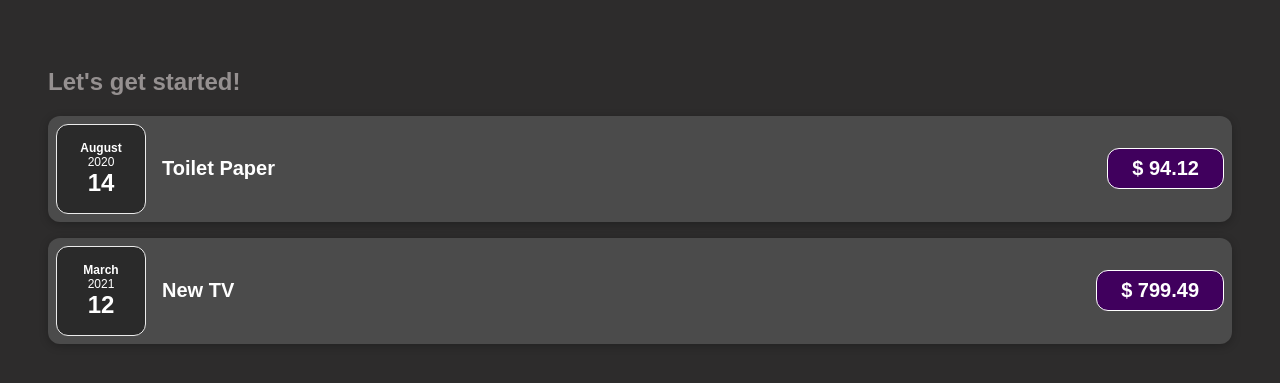
Repository: andresmazza/react-lesson
Page: /
The author's editor kept a copy of each file at every save. The page is drawn from the files as they stood at one save, then again after the next save.
The browser window is 1280 px wide. The pictures show the whole page.
The project was rebuilt for these pictures with package versions that can differ from the ones it lists, and the page was loaded fresh each time. Also part of the build but not shown: src/App.css.

Above is the page before, as saved 2023-04-08 00:31:47.

### src/index.css
body {
  font-family: sans-serif;
  margin: 0;
  padding: 3rem;
  background-color: #2d2c2c;
  color: #959090;
}
code {
  font-family: source-code-pro, Menlo, Monaco, Consolas, 'Courier New',
    monospace;
}

### src/App.js
import logo from './logo.svg';
import './App.css';
import ExpenseItem from './components/ExpenseItem';
function App() {
  const expenses = [
    {
      id: 'e1',
      title: 'Toilet Paper',
      amount: 94.12,
      date: new Date(2020, 7, 14),
    },
    { id: 'e2', title: 'New TV', amount: 799.49, date: new Date(2021, 2, 12) },
    {
      id: 'e3',
      title: 'Car Insurance',
      amount: 294.67,
      date: new Date(2021, 2, 28),
    },
    {
      id: 'e4',
      title: 'New Desk (Wooden)',
      amount: 450,
      date: new Date(2021, 5, 12),
    },
  ];
  return (
    <div>
      <h2>Let's get started!</h2>
      <ExpenseItem
        title ={expenses[0].title}
        amount={expenses[0].amount}
        date  ={expenses[0].date}
        ></ExpenseItem>
        <ExpenseItem
        title ={expenses[1].title}
        amount={expenses[1].amount}
        date  ={expenses[1].date}
        ></ExpenseItem>
    </div>
  );
}

export default App;

### src/components/ExpenseItem.js

import './ExpenseItem.css';
import ExpenseDate from './ExpenseDate'

function ExpenseItem(props) {
    /*const month = props.date.toLocaleString('en-US',{month: 'long'});
    const day = props.date.toLocaleString('en-US',{ day: '2-digit'});
    const year = props.date.getFullYear();*/

    return (
      <div className='expense-item'>
        <ExpenseDate date ={props.date}/>
        <div className='expense-item__description'>
            <h2>{props.title}</h2>
            <div className='expense-item__price'>$ {props.amount}</div>
        </div>
      </div>
    );
  }

export default ExpenseItem;

### src/components/ExpenseItem.css
.expense-item {
  display: flex;
  justify-content: space-between;
  align-items: center;
  box-shadow: 0 2px 8px rgba(0, 0, 0, 0.25);
  padding: 0.5rem;
  margin: 1rem 0;
  border-radius: 12px;
  background-color: #4b4b4b;
}

.expense-item__description {
  display: flex;
  flex-direction: column;
  gap: 1rem;
  align-items: flex-end;
  flex-flow: column-reverse;
  justify-content: flex-start;
  flex: 1;
}

.expense-item h2 {
  color: #3a3a3a;
  font-size: 1rem;
  flex: 1;
  margin: 0 1rem;
  color: white;
}

.expense-item__price {
  font-size: 1rem;
  font-weight: bold;
  color: white;
  background-color: #40005d;
  border: 1px solid white;
  padding: 0.5rem;
  border-radius: 12px;
}

@media (min-width: 580px) {
  .expense-item__description {
    flex-direction: row;
    align-items: center;
    justify-content: flex-start;
    flex: 1;
  }

  .expense-item__description h2 {
    font-size: 1.25rem;
  }

  .expense-item__price {
    font-size: 1.25rem;
    padding: 0.5rem 1.5rem;
  }
}

### src/components/ExpenseDate.js
import './ExpenseDate.css';

function ExpenseDate(props) {
    const month = props.date.toLocaleString('en-US',{month: 'long'});
    const day = props.date.toLocaleString('en-US',{ day: '2-digit'});
    const year = props.date.getFullYear();
    return (
      <div className='expense-date'>
            <div className='expense-date__month'>{month}</div>
            <div className='expense-date__year'>{year}</div>
            <div className='expense-date__day'>{day}</div>
      </div>
    );
  }

export default ExpenseDate;

Loaded but not shown: public/index.html (common file); src/index.js (common file); src/reportWebVitals.js (common file); src/components/ExpenseDate.css (common file)

After the next save:
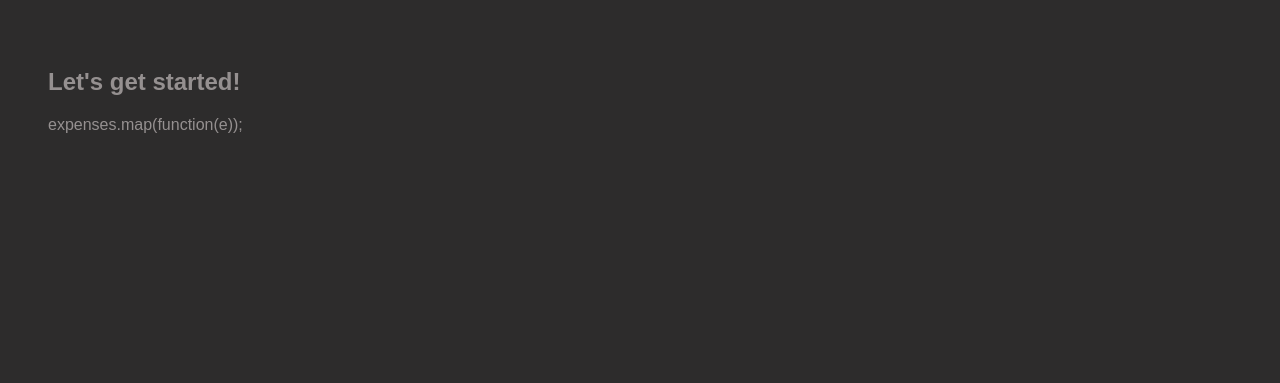
Saved 70 s later.
--- a/src/App.js
+++ b/src/App.js
@@ -26,16 +26,7 @@ function App() {
   return (
     <div>
       <h2>Let's get started!</h2>
-      <ExpenseItem
-        title ={expenses[0].title}
-        amount={expenses[0].amount}
-        date  ={expenses[0].date}
-        ></ExpenseItem>
-        <ExpenseItem
-        title ={expenses[1].title}
-        amount={expenses[1].amount}
-        date  ={expenses[1].date}
-        ></ExpenseItem>
+      expenses.map(function(e));
     </div>
   );
 }
